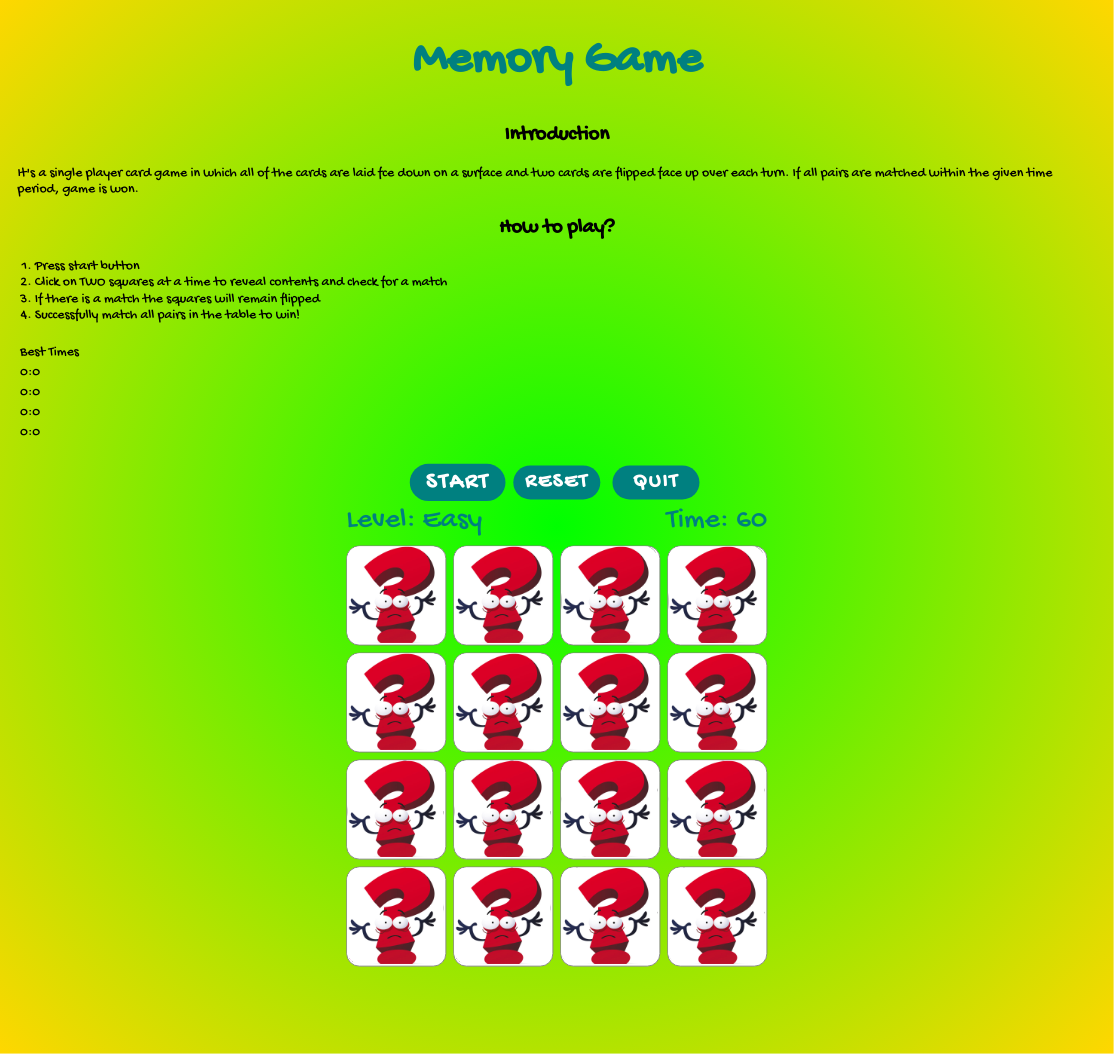
Repository: lauramika/Memory-Game
Page: index.html
The author's editor kept a record of every edit. The page is drawn from the files as they stood at one moment, then again after the next edit.
The browser window is 1280 px wide. The pictures show the whole page, at 87% of full size.
The pointer rests on the first visible `button`.

Above is the page before.

After the next edit:
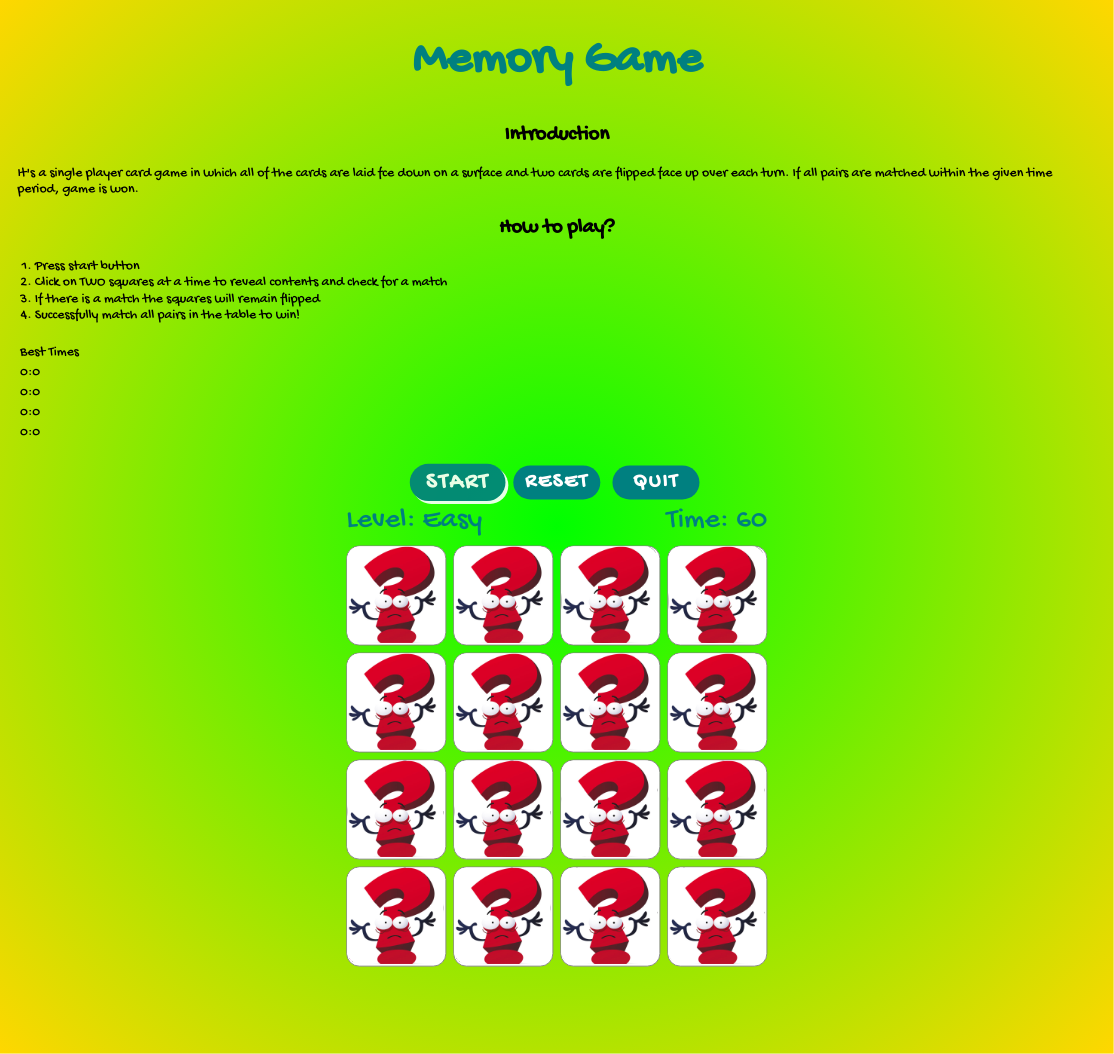
The edit:
--- a/style.css
+++ b/style.css
@@ -77,6 +77,8 @@
 }
 button:hover {
    transform: scale(1.1);
+   box-shadow: 3px 3px white;
+   opacity: 0.9;
 }
 
 @media screen and (max-width: 800px) {
